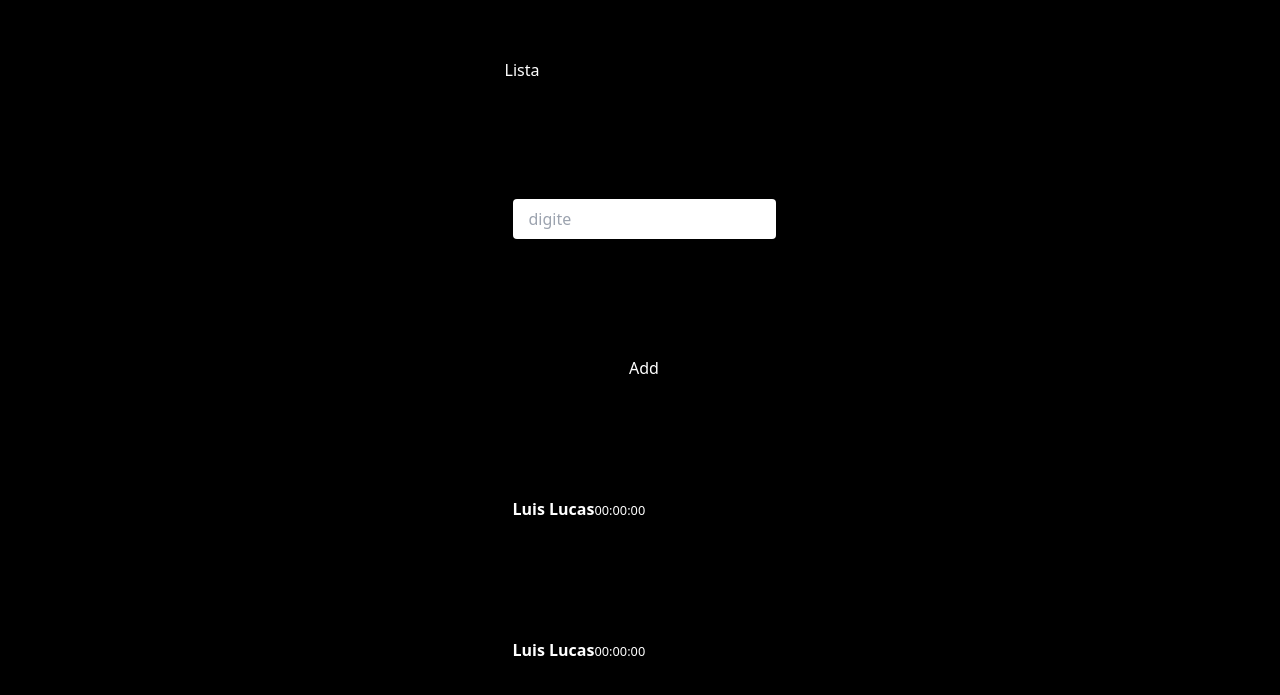
Repository: LuisSempre/FundamentosReact
Page: /
The author's editor kept a copy of each file at every save. The page is drawn from the files as they stood at one save, then again after the next save.
The browser window is 1280 px wide. The pictures show the whole page.
The project was rebuilt for these pictures with package versions that can differ from the ones it lists, and the page was loaded fresh each time. Also part of the build but not shown: vite.config.js.

Above is the page before, as saved 2022-06-28 17:33:02.

After the next save:
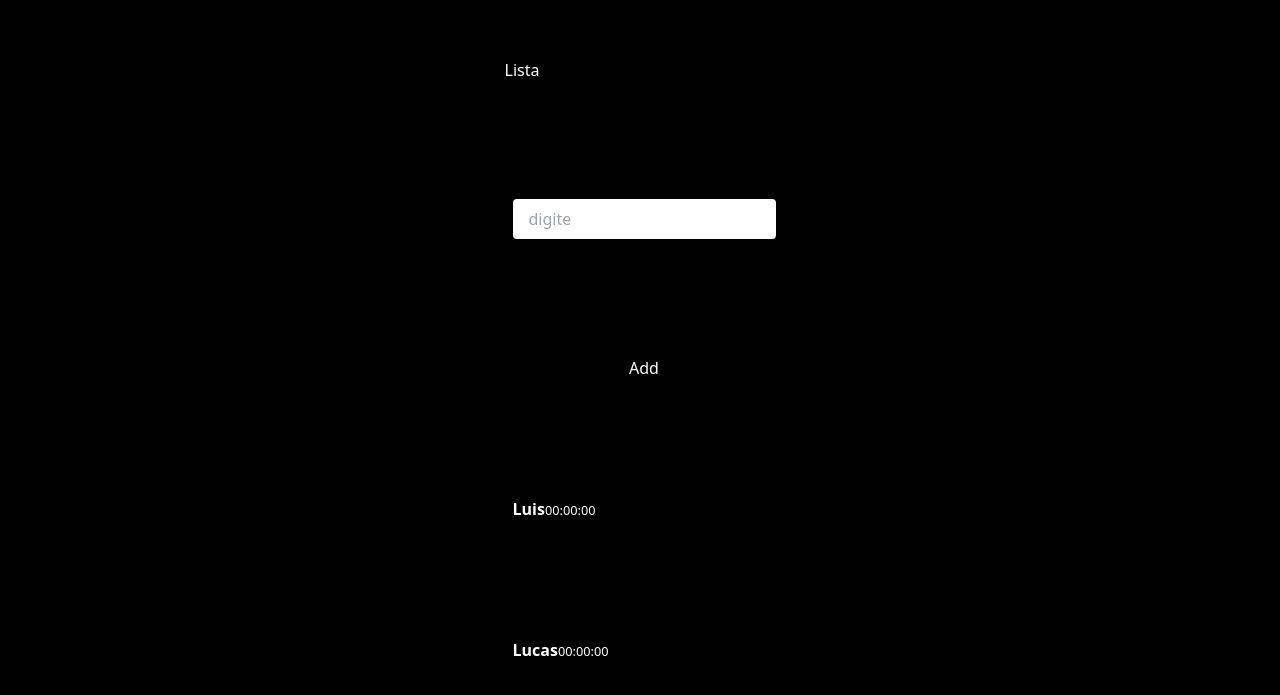
Saved 62 s later.
--- a/src/components/Card.jsx
+++ b/src/components/Card.jsx
@@ -1,7 +1,7 @@
-export function Card() {
+export function Card(props) {
   return (
     <div>
-      <strong>Luis Lucas</strong>
+      <strong>{props.name}</strong>
       <small>00:00:00</small>
     </div>
   );
